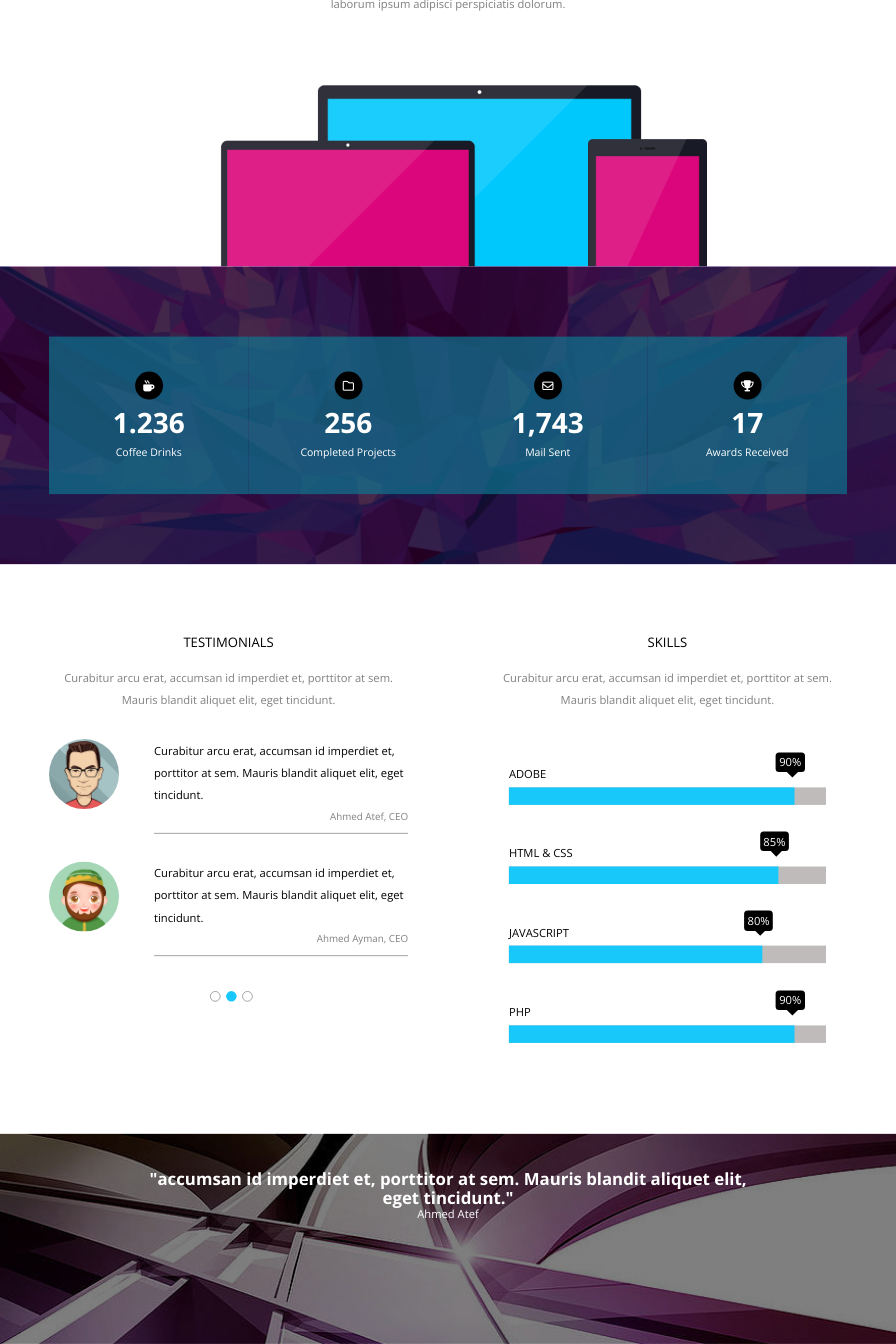
Repository: Ahmed123rezk123/Template_2
Page: index.html
The author's editor kept a copy of each file at every save. The page is drawn from the files as they stood at one save, then again after a run of saves.
The browser window is 1280 px wide. The pictures show the part of the page from y = 4247 to 6167 px (the page is 6167 px tall), at 70% of full size.
A picture or video elsewhere on the page could not be fetched, so the positions and the page height are approximate. Some web fonts or font styles are not loaded; a fallback is used.

Above is the page before, as saved 2024-04-15 19:30:23.

After the next 2 saves:
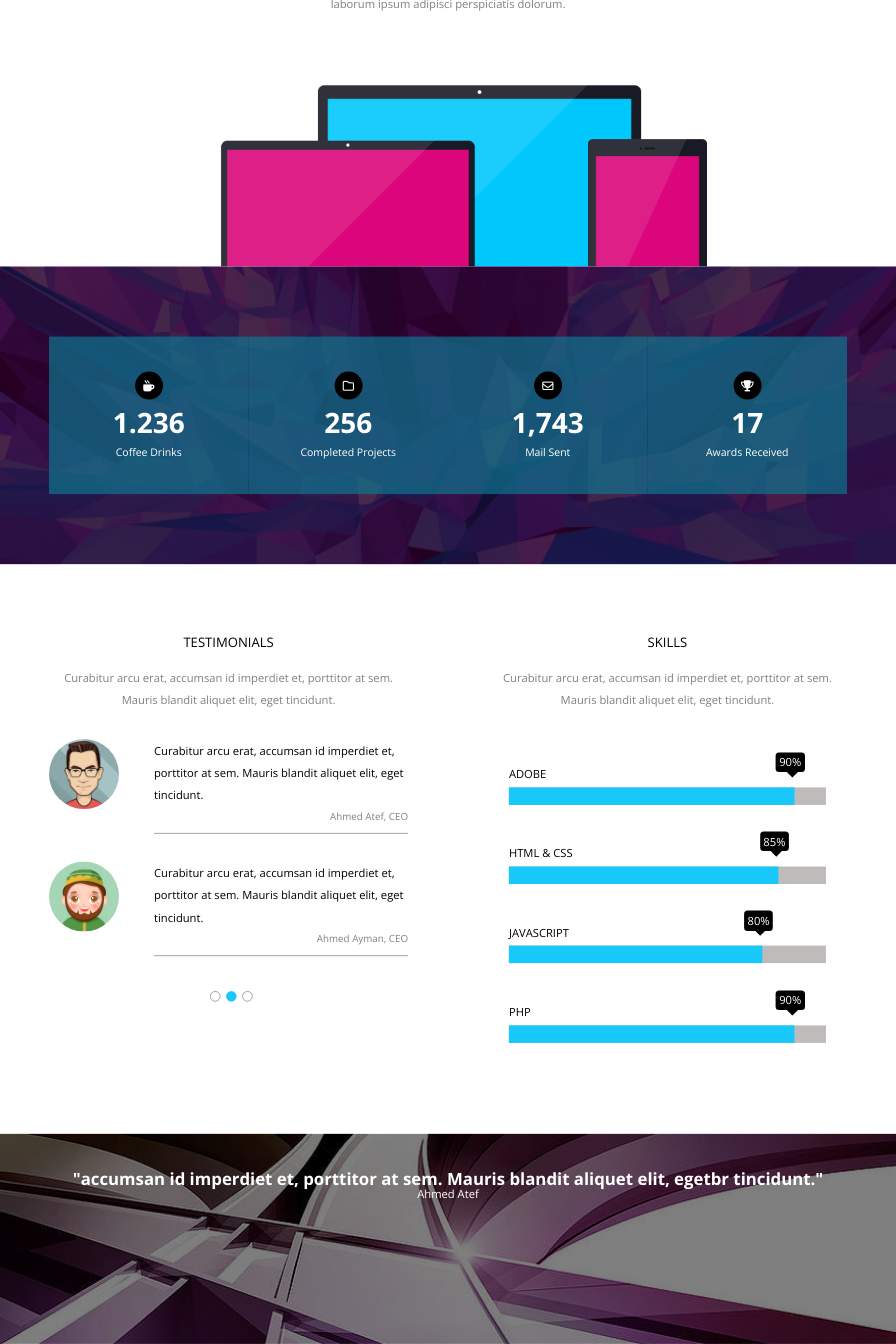
The 2 saves are shown as one change because they came seconds apart.
The last was saved 12 s later.
--- a/index.html
+++ b/index.html
@@ -327,7 +327,7 @@
   <div class="quote">
     <div class="container">
       <div class="content">
-        <h2>"accumsan id imperdiet et, porttitor at sem. Mauris blandit aliquet elit, <br>eget tincidunt."</h2>
+        <h2>"accumsan id imperdiet et, porttitor at sem. Mauris blandit aliquet elit, egetbr tincidunt."</h2>
         <span>Ahmed Atef</span>
       </div>
     </div>
